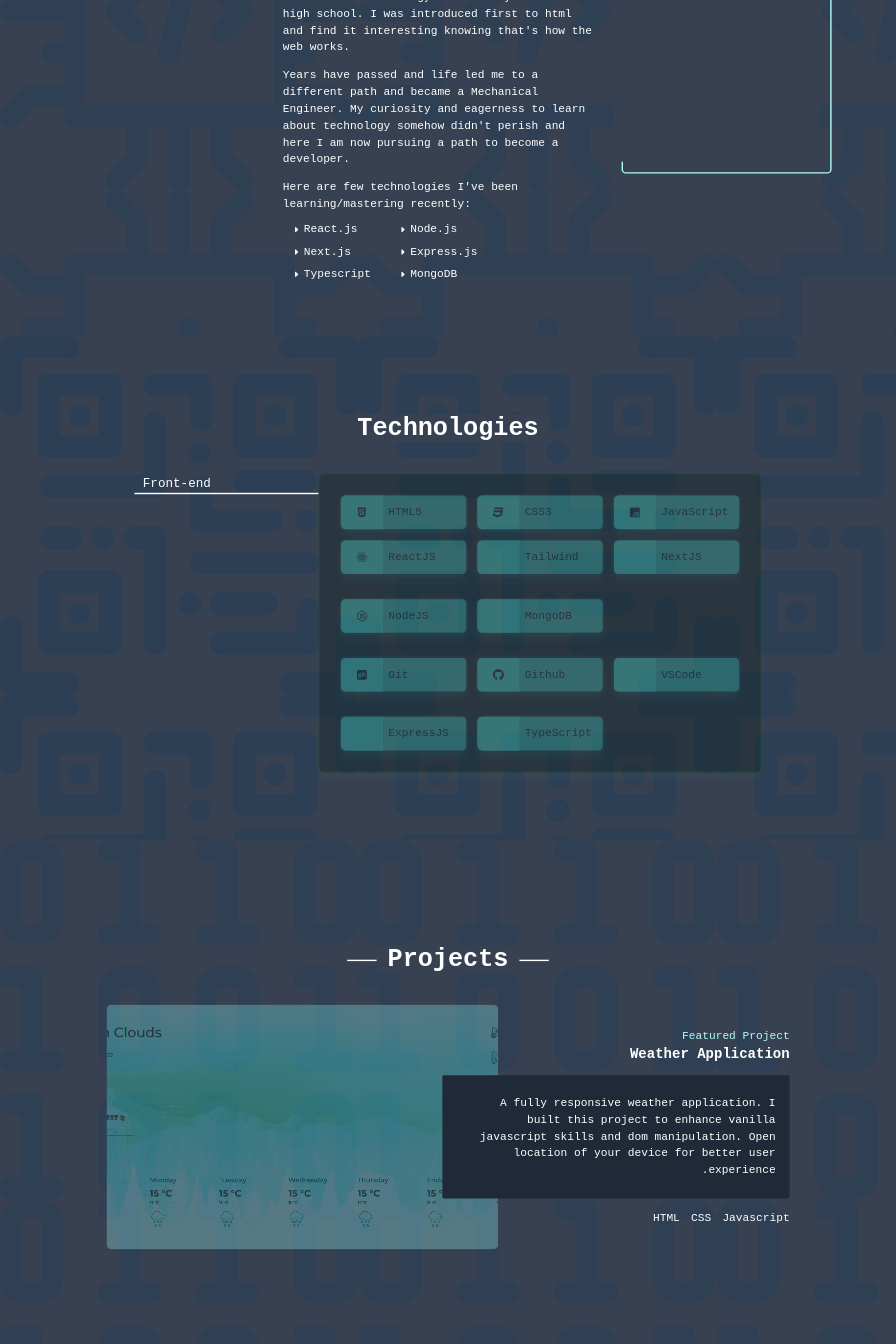
Repository: riandev25/nextjs-portfolio
Page: /
An editor plug-in stored every save of this project. The page is shown before and after the next save, followed by the edit.
The browser window is 1280 px wide. The pictures show the part of the page from y = 960 to 2880 px (the page is 2880 px tall), at 70% of full size.
Backgrounds fixed to the window are drawn as part of the page. The project was rebuilt for these pictures with package versions that can differ from the ones it lists, and the page was loaded fresh each time. The framework's server and built-in components were replaced by stand-ins that run in the browser. Also part of the build but not shown: next.config.js, components/Home/Keyboard/index.module.css, components/Home/Keyboard/index.jsx, components/About/Contacts.jsx.

Above is the page before, as saved 2022-11-13 13:13:33.

After the next save:
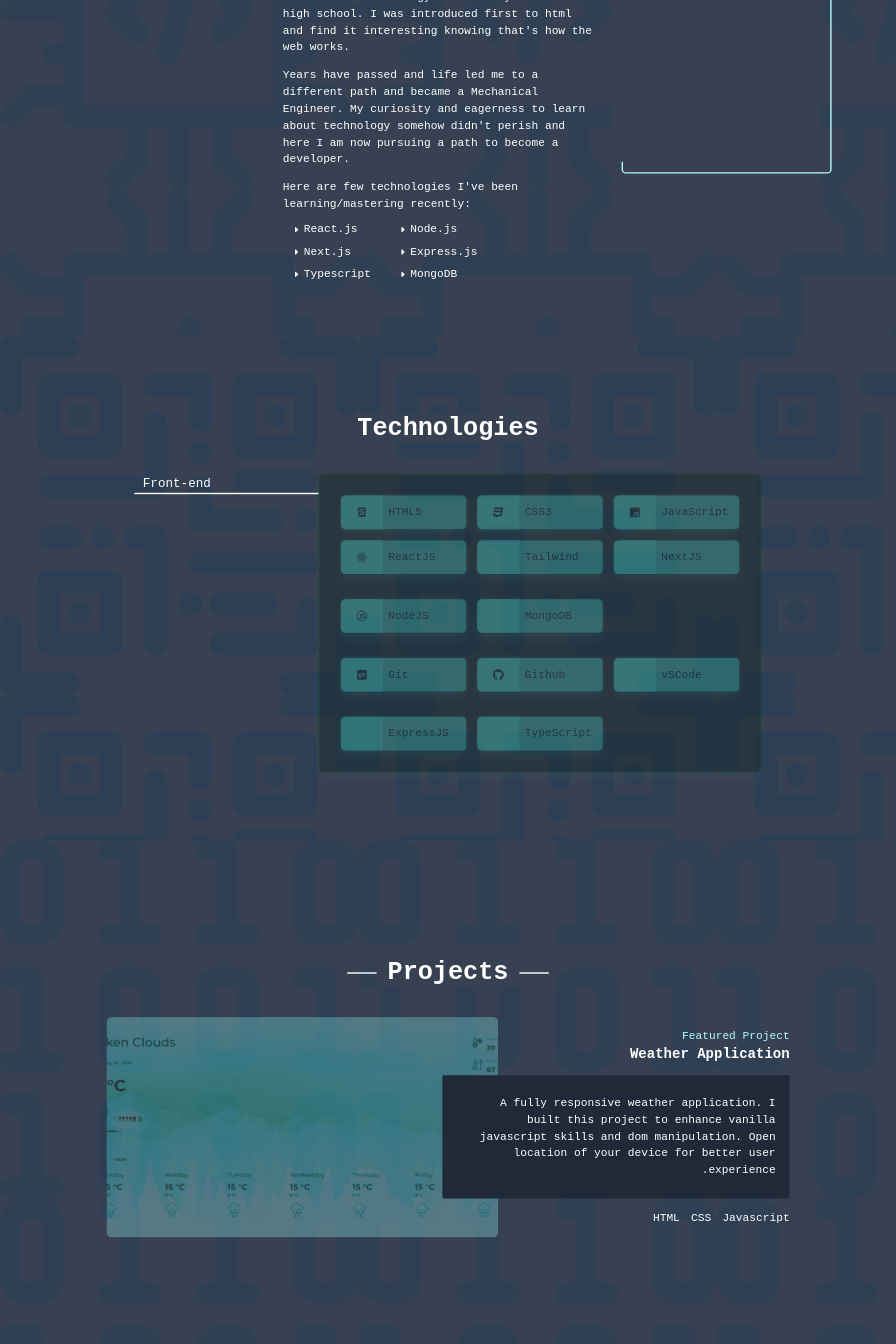
Saved 22 s later.
--- a/components/Projects/index.jsx
+++ b/components/Projects/index.jsx
@@ -26,7 +26,7 @@
     <div className='pt-4 flex flex-col w-full h-screen gap-11 justify-center items-center text-white px-24 bg-bg_binary_image bg-fixed'>
       <PageHeader title='Projects' />
       <div className='flex flex-row justify-center items-center max-w-full'>
-        <section className='z-10 relative w-[35rem] aspect-[16/10] flex-auto flex image-filter'>
+        <section className='z-10 relative w-[35rem] aspect-[16/9] flex-auto flex image-filter'>
           <Image
             src={WeatherImage}
             alt='weather-app'

After the save that followed:
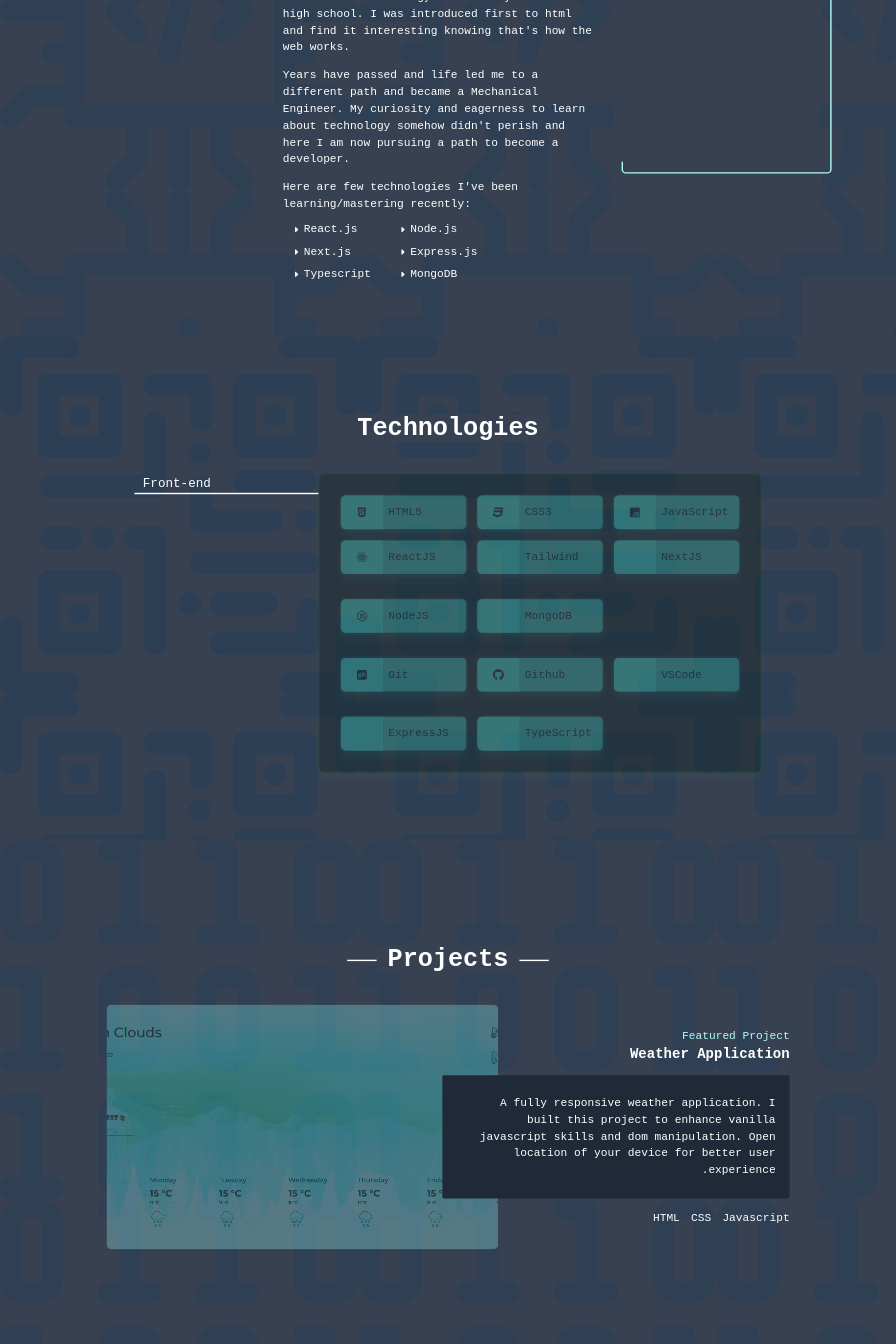
Saved 34 s later.
--- a/components/Projects/index.jsx
+++ b/components/Projects/index.jsx
@@ -26,7 +26,7 @@
     <div className='pt-4 flex flex-col w-full h-screen gap-11 justify-center items-center text-white px-24 bg-bg_binary_image bg-fixed'>
       <PageHeader title='Projects' />
       <div className='flex flex-row justify-center items-center max-w-full'>
-        <section className='z-10 relative w-[35rem] aspect-[16/9] flex-auto flex image-filter'>
+        <section className='z-10 relative w-[35rem] aspect-[16/10] flex-auto flex image-filter'>
           <Image
             src={WeatherImage}
             alt='weather-app'
